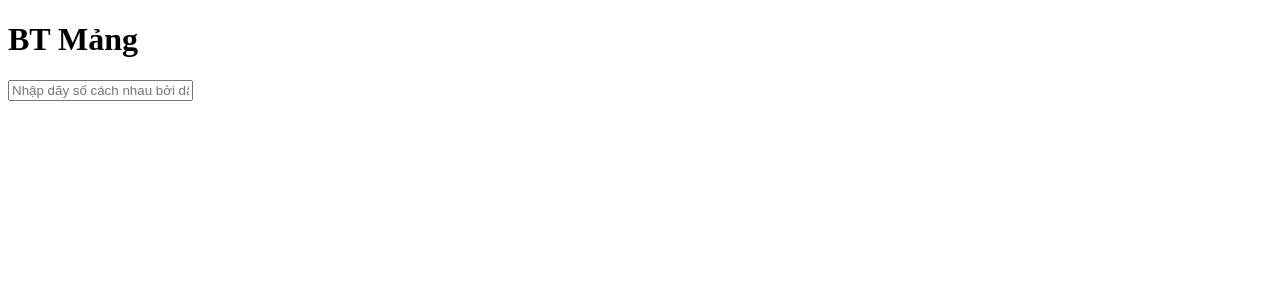
Repository: trminhphuc1504/BT-JS-BUOI-7-8
Page: src/index.html
An editor plug-in stored every save of this project. The page is shown before and after the next save, followed by the edit.
The browser window is 1280 px wide. The pictures show the whole page.

Above is the page before, as saved 2024-11-06 16:38:01.

After the next save:
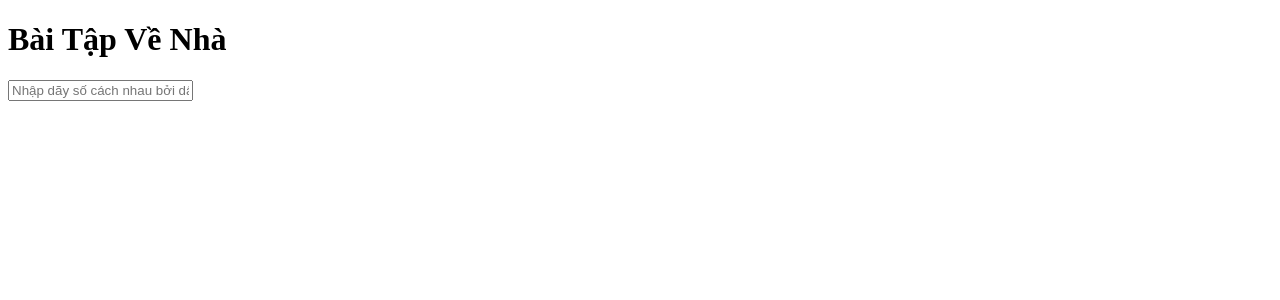
Saved 37 s later.
--- a/src/index.html
+++ b/src/index.html
@@ -9,7 +9,7 @@
   <body class="bg-gray-100 p-5">
     <div class="max-w-lg mx-auto bg-white shadow-md rounded-lg p-6">
       <h1 class="text-2xl font-bold text-center text-yellow-600 mb-4">
-        BT Mảng
+        Bài Tập Về Nhà
       </h1>
       <div class="mb-4">
         <input
